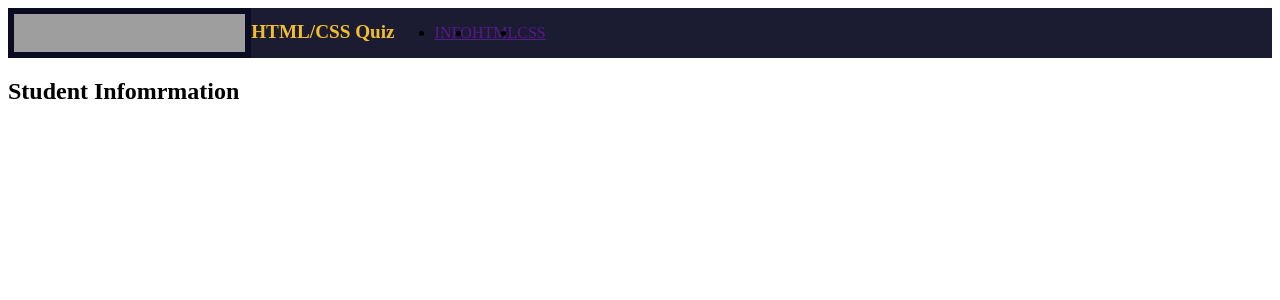
Repository: Lungdjos/accessibility_build_quiz
Page: index.html
An editor plug-in stored every save of this project. The page is shown before and after a run of saves, followed by the edit.
The browser window is 1280 px wide. The pictures show the whole page.
Pictures or frames that could not be fetched are drawn as grey boxes.

Above is the page before, as saved 2023-10-28 04:33:06.

### index.html
<!DOCTYPE html>
<html lang="en">

<head>
    <meta charset="UTF-8">
    <meta name="viewport" content="width=device-width, initial-scale=1.0">
    <meta name="description" content="Accessibility">
    <title>HTML/CSS Test Quiz</title>
    <link rel="stylesheet" href="styles.css">
</head>

<body>
    <header>
        <img src="https://cdn.freecodecamp.org/platform/universal/fcc_primary.svg" alt="" id="logo">
        <h1>HTML/CSS Quiz</h1>
        <nav>
            <ul>
                <li>
                    <a href="">info</a></li>
                <li>
                    <a href="">html</a></li>
                <li>
                    <a href="">css</a></li>
            </ul>
        </nav>
    </header>
    <main>
        <form action="https://freecodecamp.org/practice-project/accessibility-quiz" method="post">
            <section role="region" aria-labelledby="student-info">
                <h2 id="student-info">Student Infomrmation</h2>
            </section>
            <section role="region" aria-labelledby="html-questions">
                <h2 id="html-questions"></h2>
            </section>
            <section role="region" aria-labelledby="css-questions"></section>
        </form>
    </main>
</body>

</html>

### styles.css
#logo {
    width: max(100px, 18vw);
    background-color: #0a0a23;
    aspect-ratio: 35/4;
    padding: .4rem;
}

header {
    display: flex;
    background-color: #1b1b32;
    height: 50px;
    width: 100%;
}

h1 {
    color: #f1be32;
    font-size: min(5vw, 1.2em);
}

nav>ul {
    text-transform: uppercase;
    justify-content: space-evenly;
    display: flex;
}

After the next 3 saves:
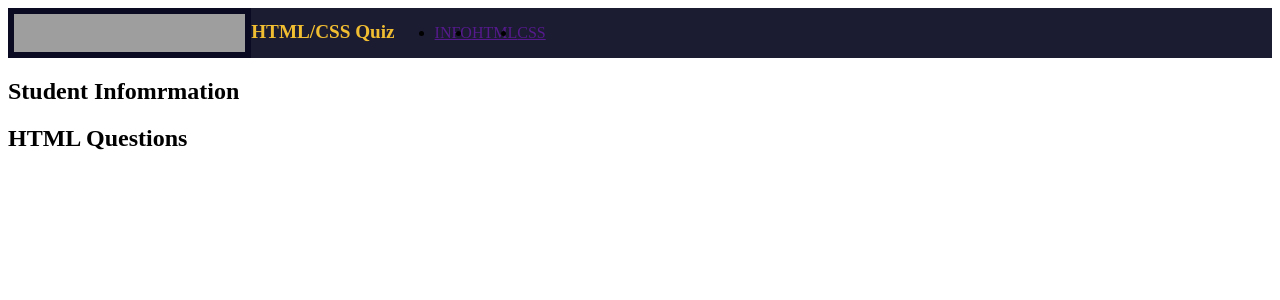
The 3 saves are shown as one change because they came seconds apart.
The last was saved 8 s later.
--- a/index.html
+++ b/index.html
@@ -30,7 +30,7 @@
                 <h2 id="student-info">Student Infomrmation</h2>
             </section>
             <section role="region" aria-labelledby="html-questions">
-                <h2 id="html-questions"></h2>
+                <h2 id="html-questions">HTML Questions</h2>
             </section>
             <section role="region" aria-labelledby="css-questions"></section>
         </form>
